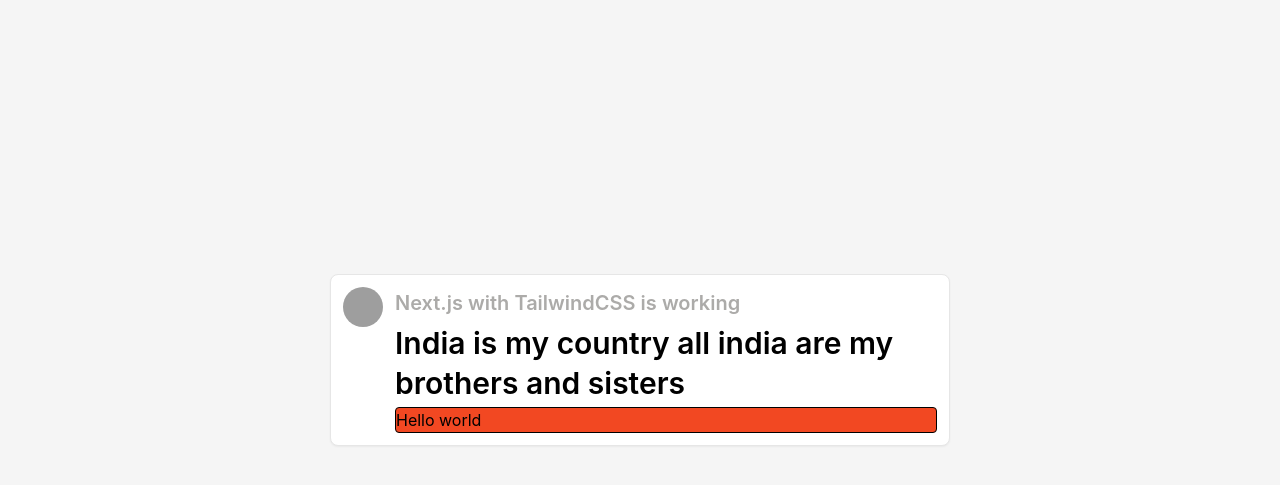
Repository: vignesh33654/resizablesidebar
Page: /
These files come from the project's save history. The page is drawn as it stood at one moment and after a run of saves; the edit follows.
The browser window is 1280 px wide. The pictures show the whole page.
The project was rebuilt for these pictures with package versions that can differ from the ones it lists, and the page was loaded fresh each time.

Above is the page before, as saved 2025-11-11 10:38:00.

After the next 2 saves:
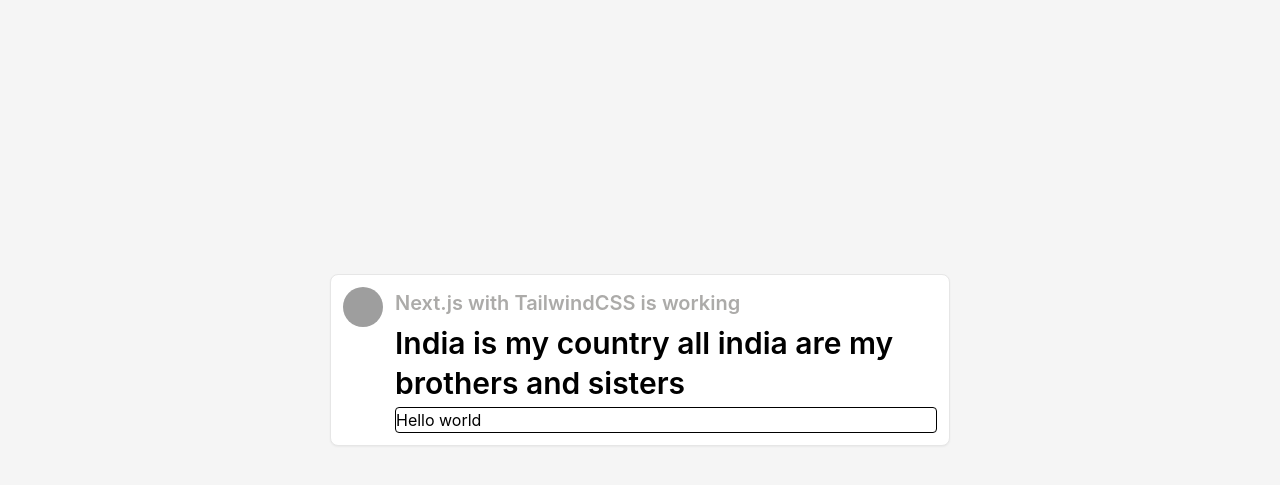
The 2 saves are shown as one change because they came seconds apart.
The last was saved 28 s later.
--- a/src/App.tsx
+++ b/src/App.tsx
@@ -20,7 +20,7 @@
           </h3>
           <h1 className="text-text-primary "> India is my country all india are my brothers and sisters
           </h1>
-        <div className="bg-color-failure border border-border-primary rounded ">
+        <div className="bg-color-bg border border-border-primary rounded ">
           Hello world
         </div>
       </div>
